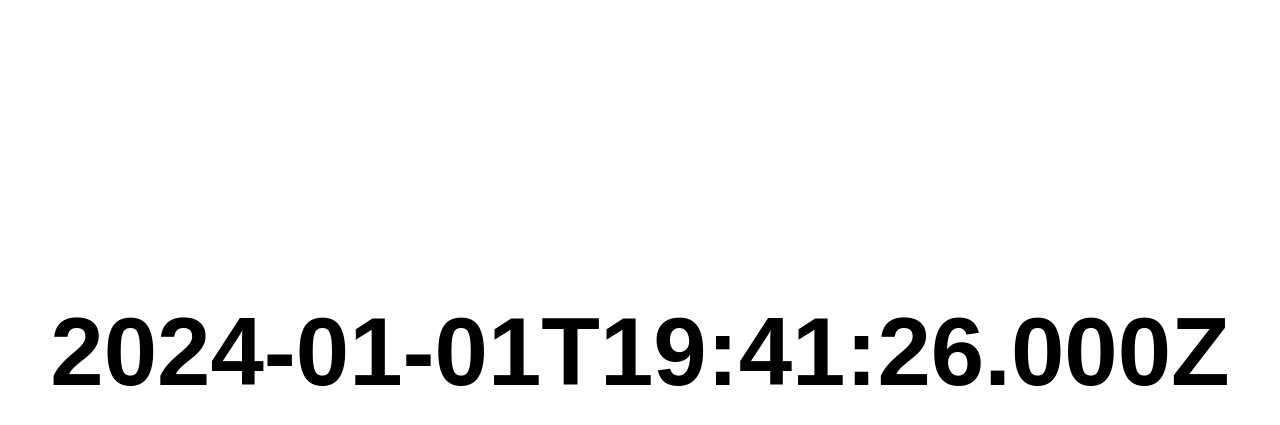
Repository: end888160/end888160.github.io
Page: clock_utc_iso8601.html
The author's editor kept a copy of each file at every save. The page is drawn from the files as they stood at one save, then again after the next save.
The browser window is 1280 px wide. The pictures show the whole page.

Above is the page before, as saved 2024-09-22 12:24:04.

After the next save:
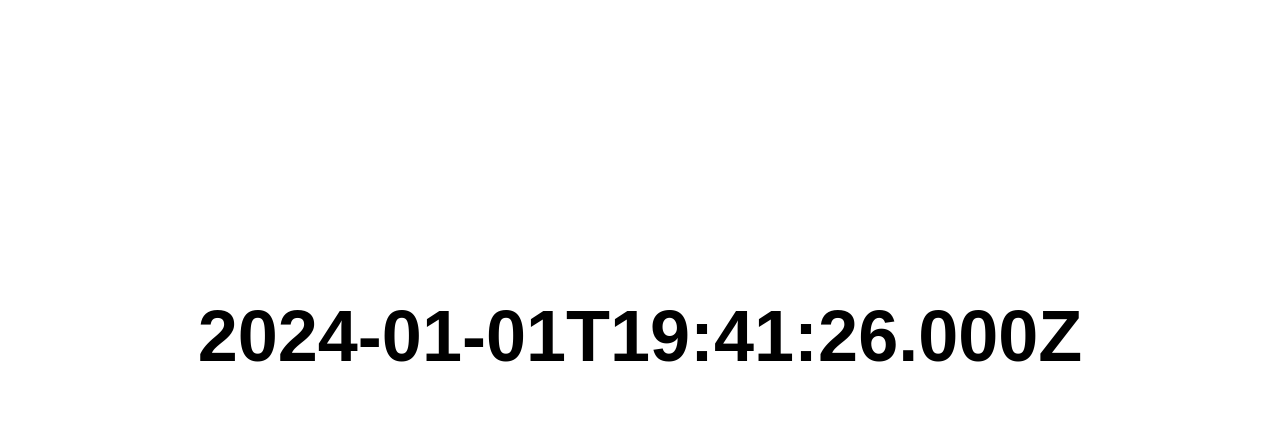
Saved 23 min 26 s later.
--- a/clock_utc_iso8601.html
+++ b/clock_utc_iso8601.html
@@ -11,8 +11,8 @@
 		display: flex;
 		height: 80vh;
 		align-items: center;
-		font-size: 7.5vw;
-		font-family: Arial, Helvetica, 'Gill Sans', 'Gill Sans MT', Calibri, 'Trebuchet MS', sans-serif;
+		font-size: 72px;
+		font-family: Arial, Helvetica, "Noto Sans", sans-serif;
 
 	}
 	body {
@@ -30,12 +30,7 @@
 		color: white;
 		}
 	}
-	@media only screen and (orientation: portrait) {
-		h1 {
-			font-size: 7.5vw;
-			word-wrap: break-word;
-		}
-	}
+
 	</style>
 </head>
 <body>
@@ -64,7 +59,6 @@
 			var time = hour + ":" + minute + ":" + second + "." + msecond;
 			var dateTime = date + "T" + time + "Z";
 			document.getElementById("datetime").innerHTML = dateTime;
-			document.title = hour + ":" + minute + ":" + second + " UTC";
 			setTimeout(clock, 1);
 		}
 	clock()
